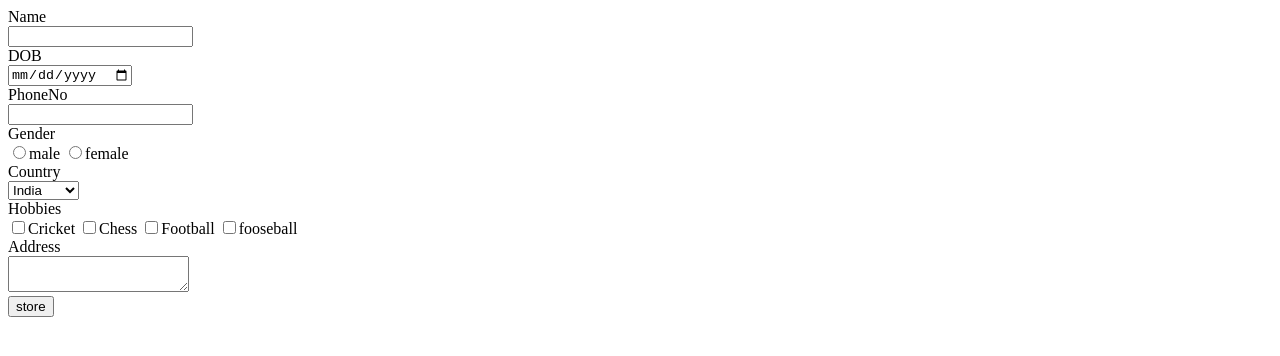
Repository: mnarendra333/batch21_WE
Page: RegApp/WebContent/index.html
The author's editor kept a copy of each file at every save. The page is drawn from the files as they stood at one save, then again after the next save.
The browser window is 1280 px wide. The pictures show the whole page.

Above is the page before, as saved 2019-02-10 07:09:41.

### RegApp/WebContent/index.html
<!DOCTYPE html>
<html>
<head>
<meta charset="ISO-8859-1">
<title>Insert title here</title>
</head>
<body>



	<div>

		<div>
			<div>Name</div>
			<div>
				<input type="text" name="uname">
			</div>
		</div>
		<div>
			<div>DOB</div>
			<div>
				<input type="date" name="dob">
			</div>
		</div>
		<div>
			<div>PhoneNo</div>
			<div>
				<input type="number" name="phno">
			</div>
		</div>
		<div>
			<div>Gender</div>
			<div>
				<input type="radio" name="gender" value="male">male <input
					type="radio" name="gender" value="female">female
			</div>
			<div>
				<div>Country</div>
				<div>
					<select name="country">
						<option>India</option>
						<option>China</option>
						<option>Aus</option>
						<option>WI</option>
						<option>Srilanka</option>

					</select>
				</div>
			</div>
			<div>
				<div>Hobbies</div>
				<div>
					<input type="checkbox" name="hobbies" value="Cricket">Cricket
					<input type="checkbox" name="hobbies" value="Chess">Chess <input
						type="checkbox" name="hobbies" value="Football">Football <input
						type="checkbox" name="hobbies" value="fooseball">fooseball

				</div>
			</div>
			<div>
				<div>Address</div>
				<div>
					<textarea name="addr"></textarea>
				</div>
			</div>
			<div>

				<div>
					<input type="submit" value="store">
				</div>
			</div>


		</div>

	</div>

</body>
</html>

After the next save:
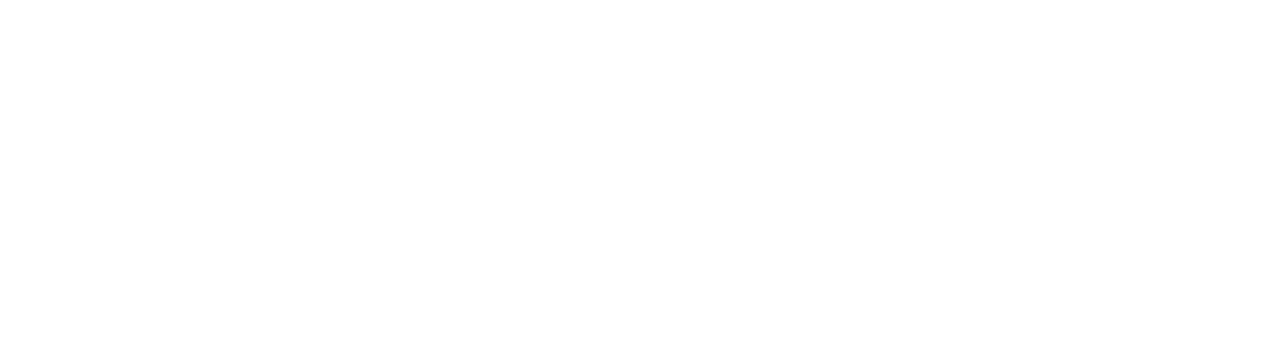
Saved 20 s later.
--- a/RegApp/WebContent/index.html
+++ b/RegApp/WebContent/index.html
@@ -8,72 +8,9 @@
 
 
 
-	<div>
+		<form action="regsrv">
 
-		<div>
-			<div>Name</div>
-			<div>
-				<input type="text" name="uname">
-			</div>
-		</div>
-		<div>
-			<div>DOB</div>
-			<div>
-				<input type="date" name="dob">
-			</div>
-		</div>
-		<div>
-			<div>PhoneNo</div>
-			<div>
-				<input type="number" name="phno">
-			</div>
-		</div>
-		<div>
-			<div>Gender</div>
-			<div>
-				<input type="radio" name="gender" value="male">male <input
-					type="radio" name="gender" value="female">female
-			</div>
-			<div>
-				<div>Country</div>
-				<div>
-					<select name="country">
-						<option>India</option>
-						<option>China</option>
-						<option>Aus</option>
-						<option>WI</option>
-						<option>Srilanka</option>
-
-					</select>
-				</div>
-			</div>
-			<div>
-				<div>Hobbies</div>
-				<div>
-					<input type="checkbox" name="hobbies" value="Cricket">Cricket
-					<input type="checkbox" name="hobbies" value="Chess">Chess <input
-						type="checkbox" name="hobbies" value="Football">Football <input
-						type="checkbox" name="hobbies" value="fooseball">fooseball
-
-				</div>
-			</div>
-			<div>
-				<div>Address</div>
-				<div>
-					<textarea name="addr"></textarea>
-				</div>
-			</div>
-			<div>
-
-				<div>
-					<input type="submit" value="store">
-				</div>
-			</div>
-
-
-		</div>
-
-	</div>
+		</form>
 
 </body>
 </html>

After the save that followed:
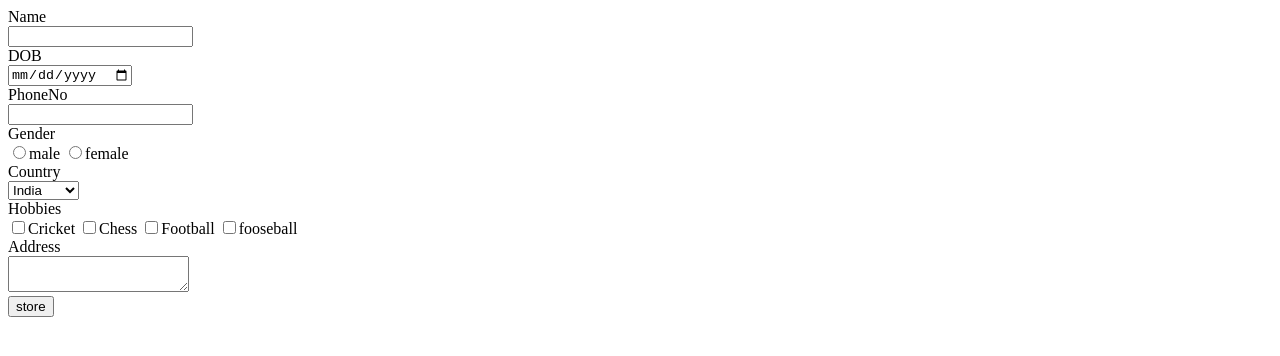
Saved 6 s later.
--- a/RegApp/WebContent/index.html
+++ b/RegApp/WebContent/index.html
@@ -8,9 +8,76 @@
 
 
 
-		<form action="regsrv">
+	<form action="regsrv">
 
-		</form>
+
+		<div>
+
+			<div>
+				<div>Name</div>
+				<div>
+					<input type="text" name="uname">
+				</div>
+			</div>
+			<div>
+				<div>DOB</div>
+				<div>
+					<input type="date" name="dob">
+				</div>
+			</div>
+			<div>
+				<div>PhoneNo</div>
+				<div>
+					<input type="number" name="phno">
+				</div>
+			</div>
+			<div>
+				<div>Gender</div>
+				<div>
+					<input type="radio" name="gender" value="male">male <input
+						type="radio" name="gender" value="female">female
+				</div>
+				<div>
+					<div>Country</div>
+					<div>
+						<select name="country">
+							<option>India</option>
+							<option>China</option>
+							<option>Aus</option>
+							<option>WI</option>
+							<option>Srilanka</option>
+
+						</select>
+					</div>
+				</div>
+				<div>
+					<div>Hobbies</div>
+					<div>
+						<input type="checkbox" name="hobbies" value="Cricket">Cricket
+						<input type="checkbox" name="hobbies" value="Chess">Chess
+						<input type="checkbox" name="hobbies" value="Football">Football
+						<input type="checkbox" name="hobbies" value="fooseball">fooseball
+
+					</div>
+				</div>
+				<div>
+					<div>Address</div>
+					<div>
+						<textarea name="addr"></textarea>
+					</div>
+				</div>
+				<div>
+
+					<div>
+						<input type="submit" value="store">
+					</div>
+				</div>
+
+
+			</div>
+
+		</div>
+	</form>
 
 </body>
 </html>
